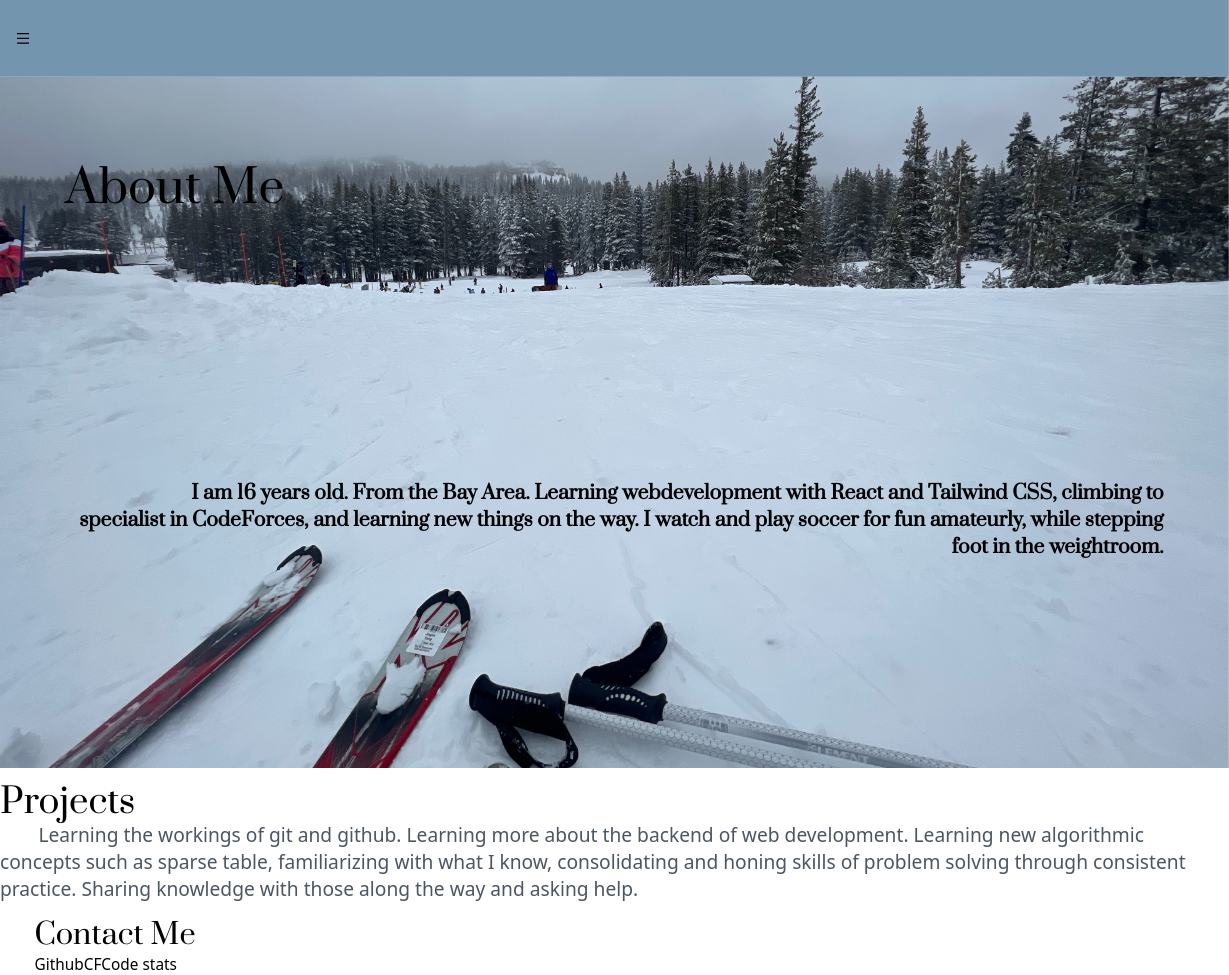
Repository: joshuayanggithub/joshua-yang-website
Page: /
The author's editor kept a copy of each file at every save. The page is drawn from the files as they stood at one save, then again after a run of saves.
The browser window is 1280 px wide. The pictures show the whole page, at 96% of full size.
Some web fonts or font styles are not loaded; a fallback is used. The project was rebuilt for these pictures with package versions that can differ from the ones it lists, and the page was loaded fresh each time.

Above is the page before, as saved 2023-01-08 02:54:19.

After the next 2 saves:
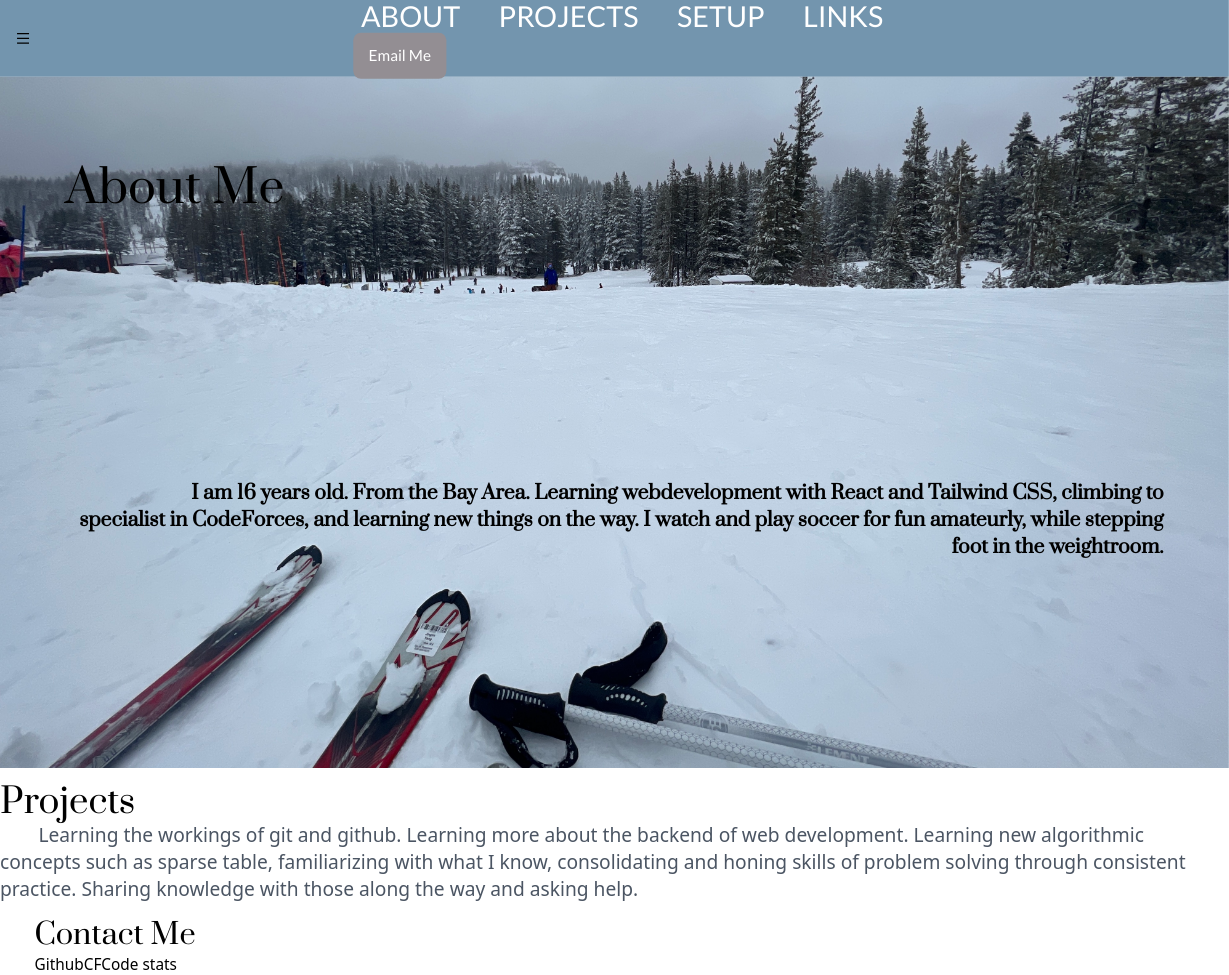
The 2 saves are shown as one change because 1 did not build or start.
The last was saved 3 min 3 s later.
--- a/src/components/NavBar.jsx
+++ b/src/components/NavBar.jsx
@@ -21,7 +21,7 @@ const NavBar = () => {
   )
 
   const menuButton = (
-    <div><AiOutlineMenu> size={100}</AiOutlineMenu></div>
+    <div><AiOutlineMenu> size={100} </AiOutlineMenu></div>
   )
 
   return (
@@ -30,7 +30,7 @@ const NavBar = () => {
         {nav ? <AiOutlineMenu> size={40}</AiOutlineMenu>: null}
       </div>
 
-      <div class="hidden">
+      <div class={!nav ? 'hidden' : ""}>
         <ul class="md:flex">
           {
             links.map((link) =>
